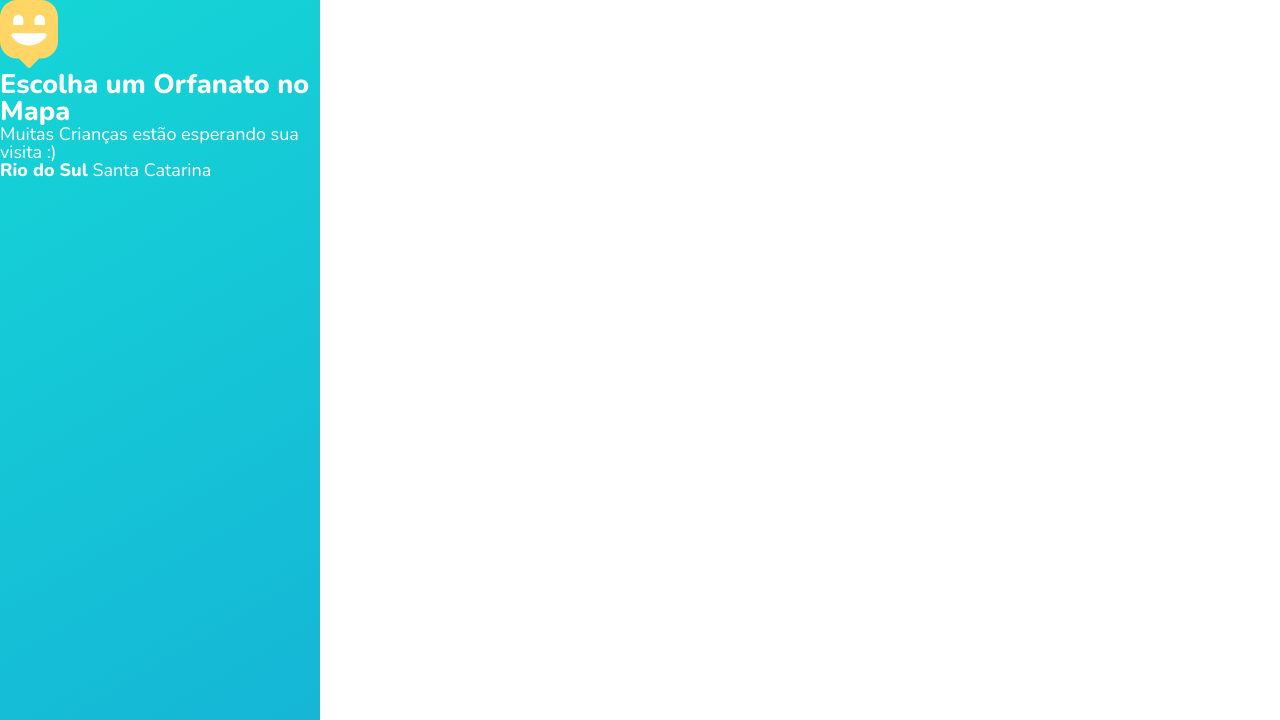
Repository: TeoNogueira/nlw3-rocketseatproject
Page: orphanages.html
An editor plug-in stored every save of this project. The page is shown before and after the next save, followed by the edit.
The browser window is 1280 px wide. The pictures show the whole page.

Above is the page before, as saved 2020-10-13 16:55:32.

### orphanages.html
<!DOCTYPE html>
<html lang="en">

<head>
  <meta charset="UTF-8" />
  <meta name="viewport" content="width=device-width, initial-scale=1.0" />
  <title>Localize um Orfanato | Happy</title>
  <link rel="icon" href="/images/logo-icon.png" />
  <link rel="stylesheet" href="/css/main.css" />
  <link rel="stylesheet" href="/css/animations.css" />
  <link rel="stylesheet" href="/css/page-orphanages.css" />
  <link href="https://fonts.googleapis.com/css2?family=Nunito:wght@400;600;800&display=swap" rel="stylesheet">

</head>

<body id="body">
  <div id="page-orphanages" class=""> <!--ORPHANAGES COMEÇO-->
    <aside>
      <header>

        <img src="/images/map-marker.svg" alt="Happy" class="">

        <h2> Escolha um Orfanato no Mapa</h2>

        <p> Muitas Crianças estão esperando sua visita :)


        </p>

      </header>


<footer>

  <strong>Rio do Sul</strong>
  <span>Santa Catarina</span>
</footer>


    </aside>

    <div id="mapid"></div>

<a href="create-orphanage" class="create-orphanage" title="cadastre um orfanato">
  <img src="/images/plus.svg" alt="Criar orfanato" class="">

</a>



  </div><!--ORPHANAGES FIM-->
</body>

</html>

<!-- Hello World Hypertext >> são textos que contém links


    markup = marcações de tags
    -->

### public/css/main.css
* {
  margin: 0;
  padding: 0;
}

:root {
  font-size: 62.5%;
}
/* através do "ROOTEM" ou "rem" posso criar um root de tamanhos de pixels pre-configurados por mim mesmo*/

body {
  height: 100vh;
  color: white;
}

body,
button,
input,
textarea {
  /*
    font-size: 1.1em;
    font-family: 'Nunito', sans-serif;
    line-height: 1;
    font-weight: 400;*/
  font: 400 1.8rem/1 "Nunito", sans-serif;
}

### public/css/animations.css
/* Animações  ----*/

@keyframes up {
  from {
    opacity: 0;
    transform: translateY(16px);
  }

  to {
    opacity: 1;
    transform: translateX(0);
  }
}

.animate-up {
  animation-name: up;
  animation-duration: 300ms;
  animation-fill-mode: backwards;
}

/* Animações FIM ----*/

### public/css/page-orphanages.css
#page-orphanages {

width: 100%;
height: 100%;
display: flex;




}


aside { width: clamp(24rem, 25vw, 44rem);

background: linear-gradient(329.54deg, #15b6d6 0%, #15d6d6);
}

After the next save:
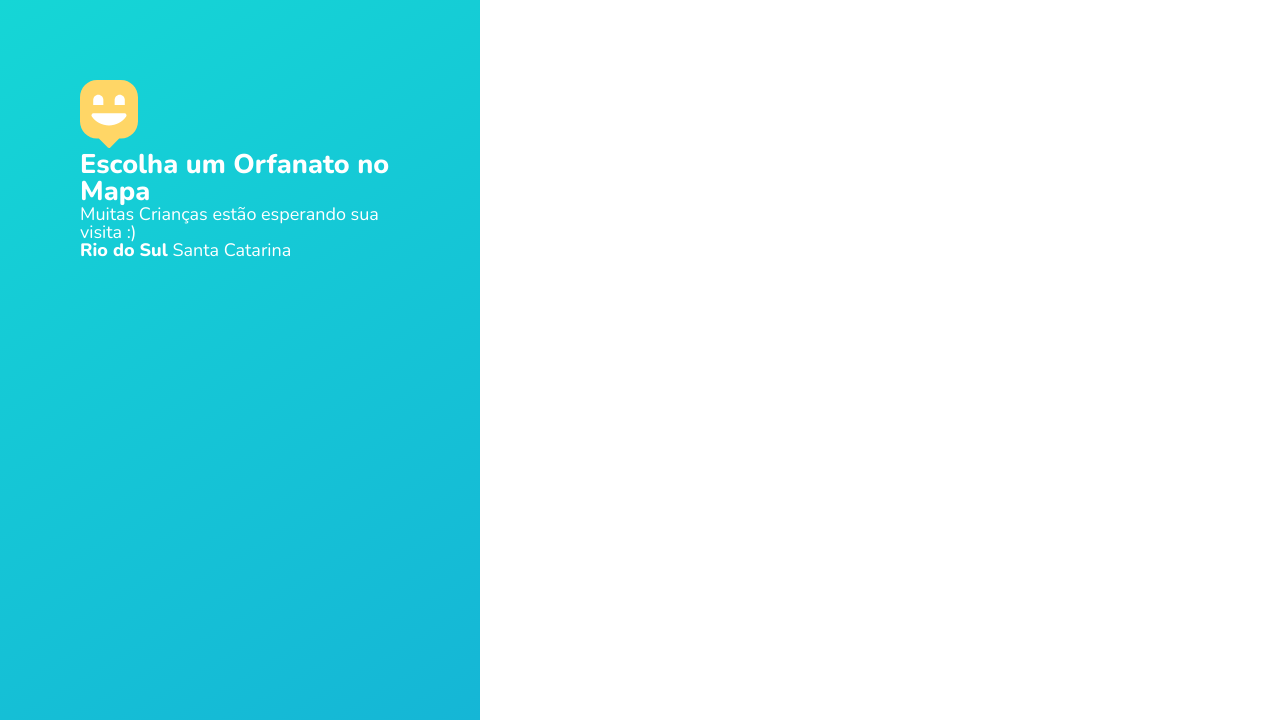
Saved 27 s later.
--- a/public/css/page-orphanages.css
+++ b/public/css/page-orphanages.css
@@ -11,6 +11,7 @@
 
 
 aside { width: clamp(24rem, 25vw, 44rem);
+    padding: 8rem;
 
 background: linear-gradient(329.54deg, #15b6d6 0%, #15d6d6);
 }
